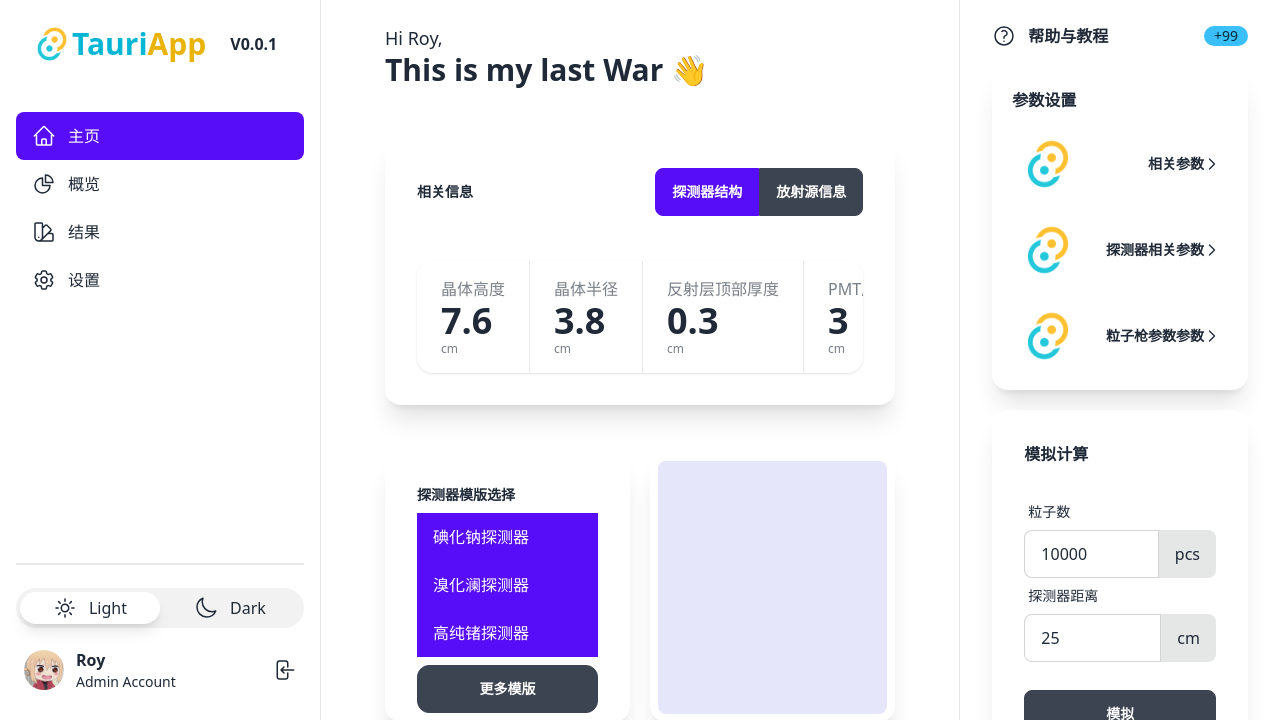
Repository: XMZOVO/tauri-geant4
Page: /
The author's editor kept a copy of each file at every save. The page is drawn from the files as they stood at one save, then again after a run of saves.
The browser window is 1280 px wide. The pictures show the whole page.
The page's requests for data from a server got no answer. An inner scrolling area shows only its first screen. The project was rebuilt for these pictures with package versions that can differ from the ones it lists, and the page was loaded fresh each time. No one was signed in, and anything a server would have sent is missing. Also part of the build but not shown: vite.config.ts.

Above is the page before, as saved 2022-09-11 19:18:15.

After the next 2 saves:
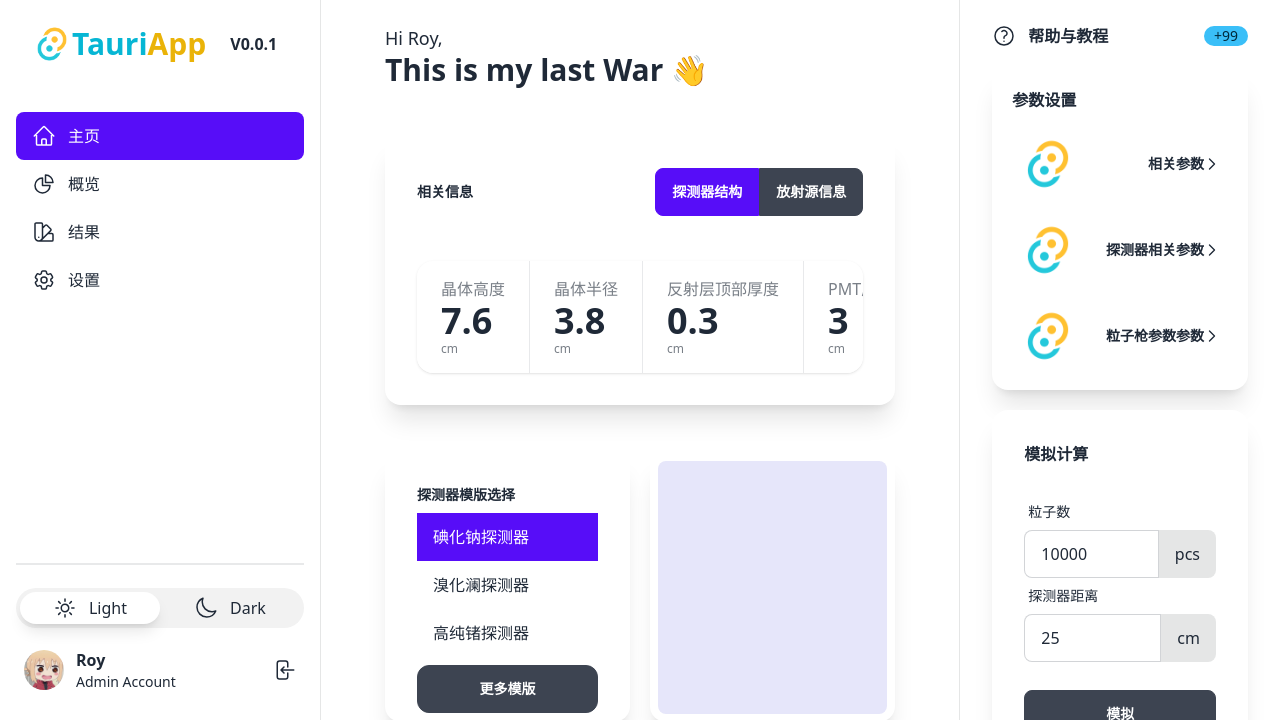
The 2 saves are shown as one change because 1 did not build or start.
The last was saved 95 s later.
--- a/src/components/Home.vue
+++ b/src/components/Home.vue
@@ -190,7 +190,9 @@ const exitApp = async () => {
             <!-- item -->
             <ul class="menu h-full w-full justify-between bg-base-100">
               <li v-for="(item, index) in detectorList">
-                <a class="active">{{ item.name }}</a>
+                <a :class="{ [`active`]: index == activeDetector }">{{
+                  item.name
+                }}</a>
               </li>
             </ul>
             <!-- <div
